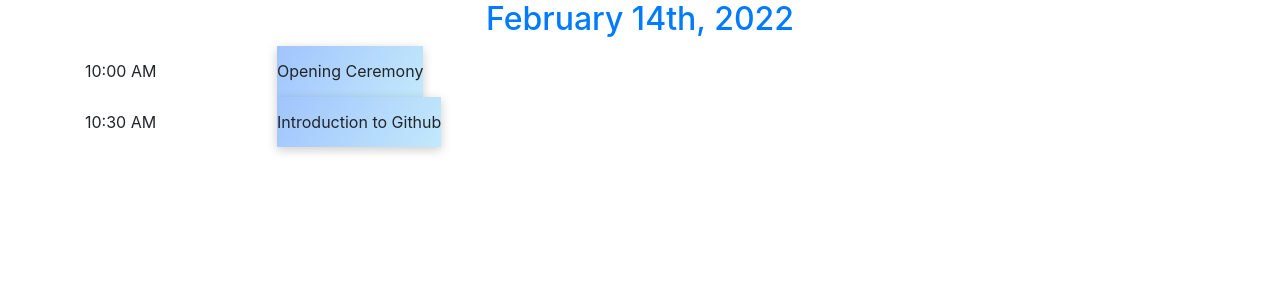
Repository: BaileyLuu/yuHacks2022
Page: public/schedule.html
These files come from the project's save history. The page is drawn as it stood at one moment and after the next save; the edit follows.
The browser window is 1280 px wide. The pictures show the whole page.
Some web libraries are served in a nearby version.

Above is the page before, as saved 2021-11-20 12:54:47.

After the next save:
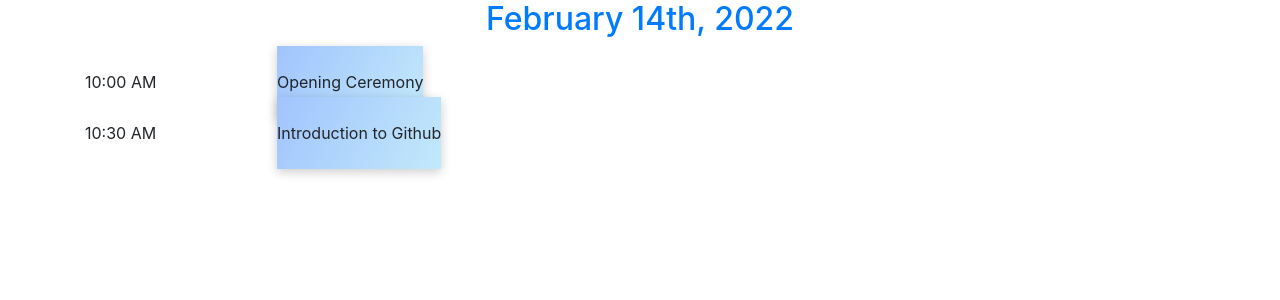
Saved 4 s later.
--- a/public/schedule.css
+++ b/public/schedule.css
@@ -9,7 +9,7 @@
   height:7vh;
   box-sizing: border-box;
   z-index: 50;
-  line-height: 7vh;
+  line-height:10vh;
   flex-wrap: wrap;
 
 

After the save that followed:
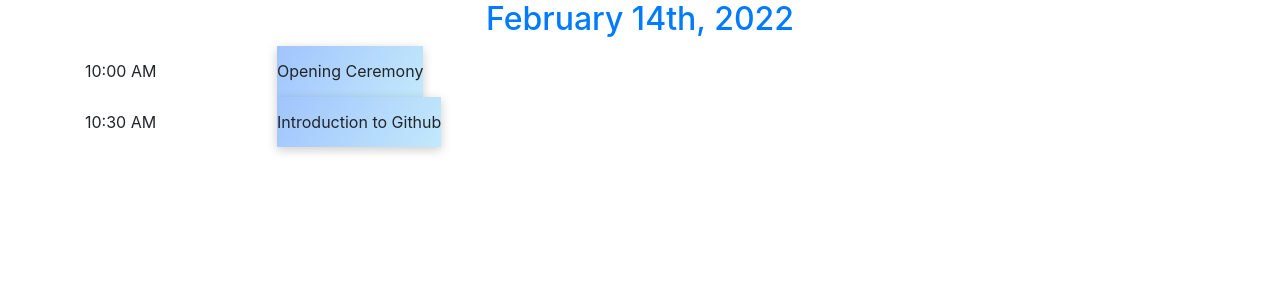
Saved 12 s later.
--- a/public/schedule.css
+++ b/public/schedule.css
@@ -9,7 +9,7 @@
   height:7vh;
   box-sizing: border-box;
   z-index: 50;
-  line-height:10vh;
+  line-height: 7vh;
   flex-wrap: wrap;
 
 
